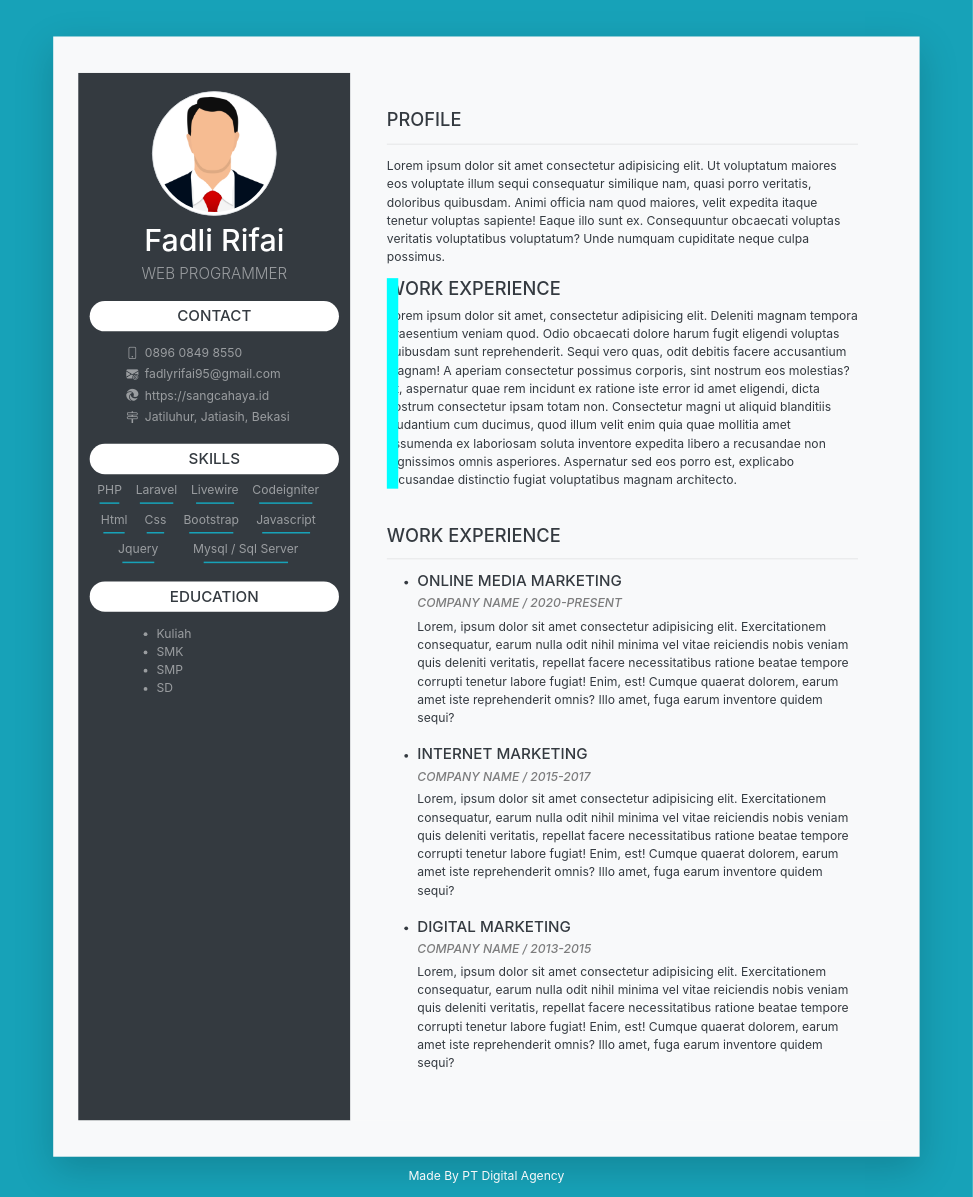
Repository: fadlyyy/fadlyyy.github.io
Page: index.html
These files come from the project's save history. The page is drawn as it stood at one moment and after the next save; the edit follows.
The browser window is 1280 px wide. The pictures show the whole page, at 76% of full size.

Above is the page before, as saved 2024-01-31 08:05:18.

### index.html
<!DOCTYPE html>
<html lang="en">

<head>
     <!-- Required meta tags -->
     <meta charset="utf-8" />
     <meta name="viewport" content="width=device-width, initial-scale=1, shrink-to-fit=no" />

     <!-- Bootstrap CSS -->
     <link rel="stylesheet" href="https://cdn.jsdelivr.net/npm/bootstrap@4.6.2/dist/css/bootstrap.min.css"
          integrity="sha384-xOolHFLEh07PJGoPkLv1IbcEPTNtaed2xpHsD9ESMhqIYd0nLMwNLD69Npy4HI+N" crossorigin="anonymous" />

     <!-- Icon -->
     <link rel="stylesheet" href="https://cdn.jsdelivr.net/npm/bootstrap-icons@1.11.3/font/bootstrap-icons.min.css" />

     <link rel="stylesheet" href="style.css" />

     <title>Hello, world!</title>
</head>

<body class="bg-info">
     <div class="container p-5 bg-light mt-5 mb-5 shadow shadow-lg">
          <div class="row">
               <div class="col-lg-4 bg-dark text-white text-center py-4">
                    <div class="header-left">
                         <img src="img/profile.png"
                              alt="" class="img-thumbnail rounded-circle mb-2 w-50 h-50" />
                         <h1 class="display-5">Fadli Rifai</h1>
                         <h4 class="lead text-uppercase text-white-50 mb-4">Web Programmer</h4>
                    </div>

                    <!-- general info -->
                    <div class="general-info">
                         <h5 class="text-uppercase bg-white text-dark py-2 rounded-pill">contact</h5>

                         <ul class="list-unstyled text-white-50 py-2 text-left ml-5">
                              <li class="list-item mb-1">
                                   <p>
                                        <i class="bi bi-phone mr-1"></i> 0896 0849 8550
                                   </p>
                              </li>
                              <li class="list-item mb-1 text-wrap w-75">
                                   <p>
                                        <i class="bi bi-envelope-at-fill mr-1"></i> fadlyrifai95@gmail.com
                                   </p>
                              </li>
                              <li class="list-item mb-1">
                                   <p>
                                        <i class="bi bi-browser-edge mr-1"></i> https://sangcahaya.id
                                   </p>
                              </li>
                              <li class="list-item">
                                   <i class="bi bi-signpost-2 mr-1"></i>
                                   Jatiluhur, Jatiasih, Bekasi
                              </li>
                         </ul>
                    </div>

                    <!-- skills -->
                    <div>
                         <h5 class="text-uppercase bg-white text-dark py-2 rounded-pill">skills</h5>
                         <ul class="list list-unstyled text-white-50 px-2 text-left text-capitalize list-skills">
                              <li class="list-item">PHP</li>
                              <li class="list-item">laravel</li>
                              <li class="list-item">livewire</li>
                              <li class="list-item">codeigniter</li>
                              <li class="list-item">html</li>
                              <li class="list-item">css</li>
                              <li class="list-item">bootstrap</li>
                              <li class="list-item">javascript</li>
                              <li class="list-item">jquery</li>
                              <li class="list-item">mysql / sql server</li>
                         </ul>
                    </div>

                    <!-- educations -->
                    <div>
                         <h5 class="text-uppercase bg-white text-dark py-2 rounded-pill">education</h5>
                         <ul class="list text-white-50 ml-5 py-2 text-left text-capitalize">
                              <li class="list-item">Kuliah</li>
                              <li class="list-item">SMK</li>
                              <li class="list-item">SMP</li>
                              <li class="list-item">SD</li>
                         </ul>
                    </div>
               </div>

               <div class="col-lg-8 bg-light text-dark py-5 px-5 right-side">
                    <div class="header-right">
                         <h4 class="text-uppercase">Profile</h4>
                         <hr />
                         <p>
                              Lorem ipsum dolor sit amet consectetur adipisicing elit. Ut voluptatum maiores eos
                              voluptate illum sequi consequatur similique nam, quasi porro veritatis, doloribus
                              quibusdam. Animi officia nam quod maiores, velit expedita
                              itaque tenetur voluptas sapiente! Eaque illo sunt ex. Consequuntur obcaecati voluptas
                              veritatis voluptatibus voluptatum? Unde numquam cupiditate neque culpa possimus.
                         </p>
                    </div>

                    <div class="work-experience">
                         <h4 class="text-uppercase">work experience</h4>
                         <p>Lorem ipsum dolor sit amet, consectetur adipisicing elit. Deleniti magnam tempora praesentium veniam quod. Odio obcaecati dolore harum fugit eligendi voluptas quibusdam sunt reprehenderit. Sequi vero quas, odit debitis facere accusantium magnam! A aperiam consectetur possimus corporis, sint nostrum eos molestias? At, aspernatur quae rem incidunt ex ratione iste error id amet eligendi, dicta nostrum consectetur ipsam totam non. Consectetur magni ut aliquid blanditiis laudantium cum ducimus, quod illum velit enim quia quae mollitia amet assumenda ex laboriosam soluta inventore expedita libero a recusandae non dignissimos omnis asperiores. Aspernatur sed eos porro est, explicabo recusandae distinctio fugiat voluptatibus magnam architecto.</p>
                    </div>

                    <div class="mt-5">
                         <h4 class="text-uppercase">work experience</h4>
                         <hr>

                         <ul class="list">
                              <li class="list-item">
                                   <h5 class="display-6 text-uppercase">online media marketing</h5>
                                   <h6 class="text-uppercase text-black-50 font-italic">company name / 2020-present</h6>
                                   <p>Lorem, ipsum dolor sit amet consectetur adipisicing elit. Exercitationem consequatur, earum nulla odit nihil minima vel vitae reiciendis nobis veniam quis deleniti veritatis, repellat facere necessitatibus ratione beatae tempore corrupti tenetur labore fugiat! Enim, est! Cumque quaerat dolorem, earum amet iste reprehenderit omnis? Illo amet, fuga earum inventore quidem sequi?</p>
                              </li>

                              <li class="list-item mt-4">
                                   <h5 class="display-6 text-uppercase">internet marketing</h5>
                                   <h6 class="text-uppercase text-black-50 font-italic">company name / 2015-2017</h6>
                                   <p>Lorem, ipsum dolor sit amet consectetur adipisicing elit. Exercitationem consequatur, earum nulla odit nihil minima vel vitae reiciendis nobis veniam quis deleniti veritatis, repellat facere necessitatibus ratione beatae tempore corrupti tenetur labore fugiat! Enim, est! Cumque quaerat dolorem, earum amet iste reprehenderit omnis? Illo amet, fuga earum inventore quidem sequi?</p>
                              </li>

                              <li class="list-item mt-4">
                                   <h5 class="display-6 text-uppercase">digital marketing</h5>
                                   <h6 class="text-uppercase text-black-50 font-italic">company name / 2013-2015</h6>
                                   <p>Lorem, ipsum dolor sit amet consectetur adipisicing elit. Exercitationem consequatur, earum nulla odit nihil minima vel vitae reiciendis nobis veniam quis deleniti veritatis, repellat facere necessitatibus ratione beatae tempore corrupti tenetur labore fugiat! Enim, est! Cumque quaerat dolorem, earum amet iste reprehenderit omnis? Illo amet, fuga earum inventore quidem sequi?</p>
                              </li>
                         </ul>
                    </div>
               </div>
          </div>
     </div>
     <!-- Optional JavaScript; choose one of the two! -->

     <!-- footer -->
     <div class="footer">
          <p class="text-light text-center text-capitalize" style="margin-top: -35px;">made by PT Digital Agency</p>
     </div>

     <!-- Option 1: jQuery and Bootstrap Bundle (includes Popper) -->
     <script src="https://cdn.jsdelivr.net/npm/jquery@3.5.1/dist/jquery.slim.min.js"
          integrity="sha384-DfXdz2htPH0lsSSs5nCTpuj/zy4C+OGpamoFVy38MVBnE+IbbVYUew+OrCXaRkfj"
          crossorigin="anonymous"></script>
     <script src="https://cdn.jsdelivr.net/npm/bootstrap@4.6.2/dist/js/bootstrap.bundle.min.js"
          integrity="sha384-Fy6S3B9q64WdZWQUiU+q4/2Lc9npb8tCaSX9FK7E8HnRr0Jz8D6OP9dO5Vg3Q9ct"
          crossorigin="anonymous"></script>

     <!-- Option 2: Separate Popper and Bootstrap JS -->
     <!--
    <script src="https://cdn.jsdelivr.net/npm/jquery@3.5.1/dist/jquery.slim.min.js" integrity="sha384-DfXdz2htPH0lsSSs5nCTpuj/zy4C+OGpamoFVy38MVBnE+IbbVYUew+OrCXaRkfj" crossorigin="anonymous"></script>
    <script src="https://cdn.jsdelivr.net/npm/popper.js@1.16.1/dist/umd/popper.min.js" integrity="sha384-9/reFTGAW83EW2RDu2S0VKaIzap3H66lZH81PoYlFhbGU+6BZp6G7niu735Sk7lN" crossorigin="anonymous"></script>
    <script src="https://cdn.jsdelivr.net/npm/bootstrap@4.6.2/dist/js/bootstrap.min.js" integrity="sha384-+sLIOodYLS7CIrQpBjl+C7nPvqq+FbNUBDunl/OZv93DB7Ln/533i8e/mZXLi/P+" crossorigin="anonymous"></script>
    -->
</body>

</html>

### style.css
.general-info ul li p {
    margin: 0;
}

.list-skills {
    display: flex;
    flex-wrap: wrap;
    justify-content: space-evenly;
    align-content: space-around;
}

.list-skills .list-item {
    margin-right: 1rem;
    padding-bottom: .5rem;
}

.list-skills .list-item::after {
    content: '';
    display: block;
    background-color: #17a2b8;
    width: 80%;
    height: 2px;
    margin: auto;
    margin-top: 5px;
}

.work-experience {
    position: relative;
    z-index: 1;
}



.work-experience::before {
    content: '';
    display: block;
    position: absolute;
    width: 15px;
    height: 100%;
    background-color: aqua;
    z-index: 3;
}

/* Media Query */
/* Extra Large */
@media (max-width: 1200px) {

}

/* Laptop */
@media (max-width: 992px) {

}

/* Tablet */
@media (max-width: 768px) {

}

/* Mobile */
@media (max-width: 576px) {
    .right-side {
        padding-left: 0 !important;
        padding-right: 0 !important;
    }
}

After the next save:
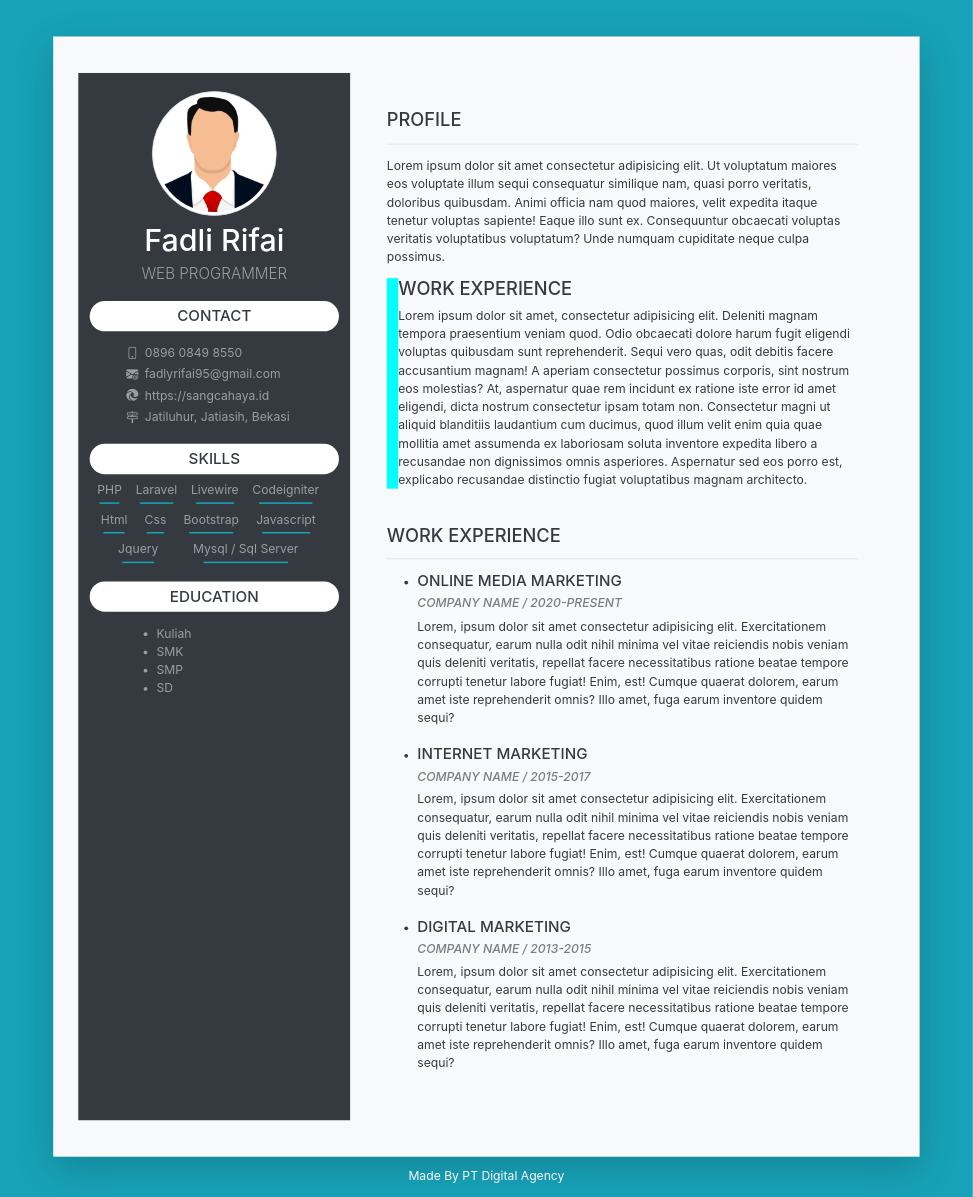
Saved 30 s later.
--- a/style.css
+++ b/style.css
@@ -29,7 +29,9 @@
     z-index: 1;
 }
 
-
+.work-experience h4, .work-experience p {
+    margin-left: 15px;
+}
 
 .work-experience::before {
     content: '';
